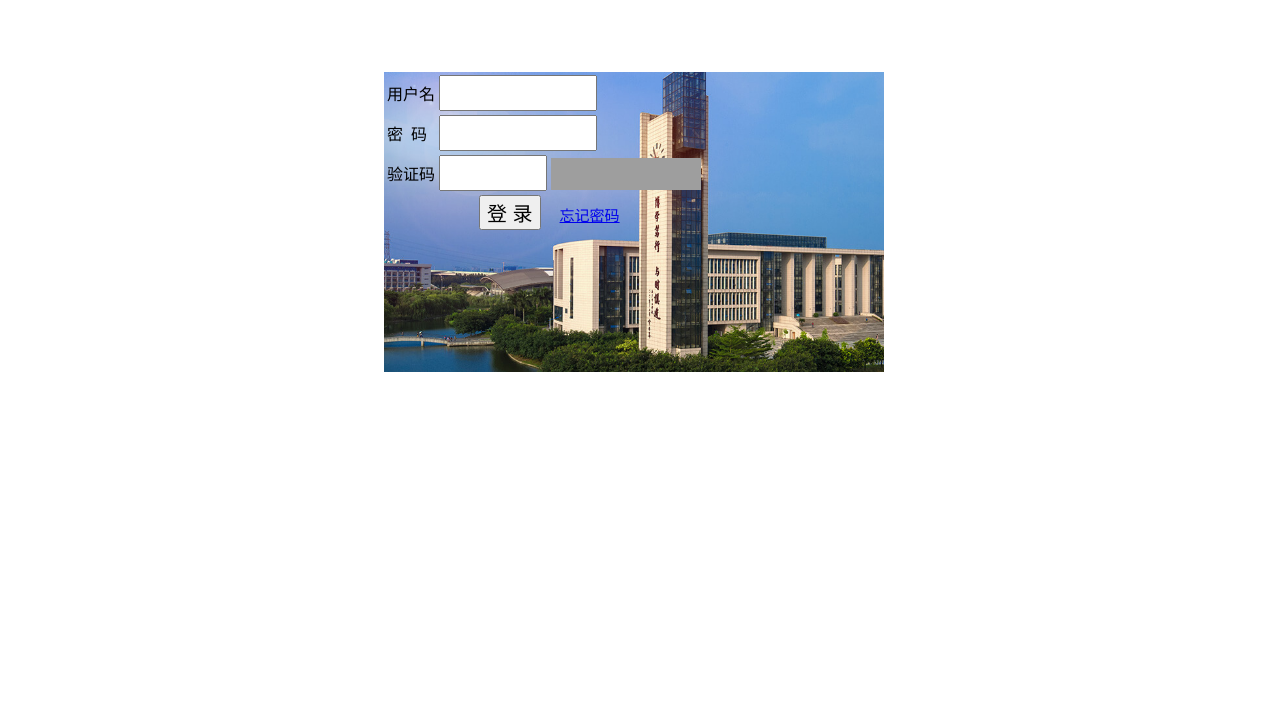
Repository: IAmJiangWenHao/ReportServer
Page: demo.html
An editor plug-in stored every save of this project. The page is shown before and after the next save, followed by the edit.
The browser window is 1280 px wide. The pictures show the whole page.
Pictures or frames that could not be fetched are drawn as grey boxes.

Above is the page before, as saved 2023-05-16 11:55:54.

After the next save:
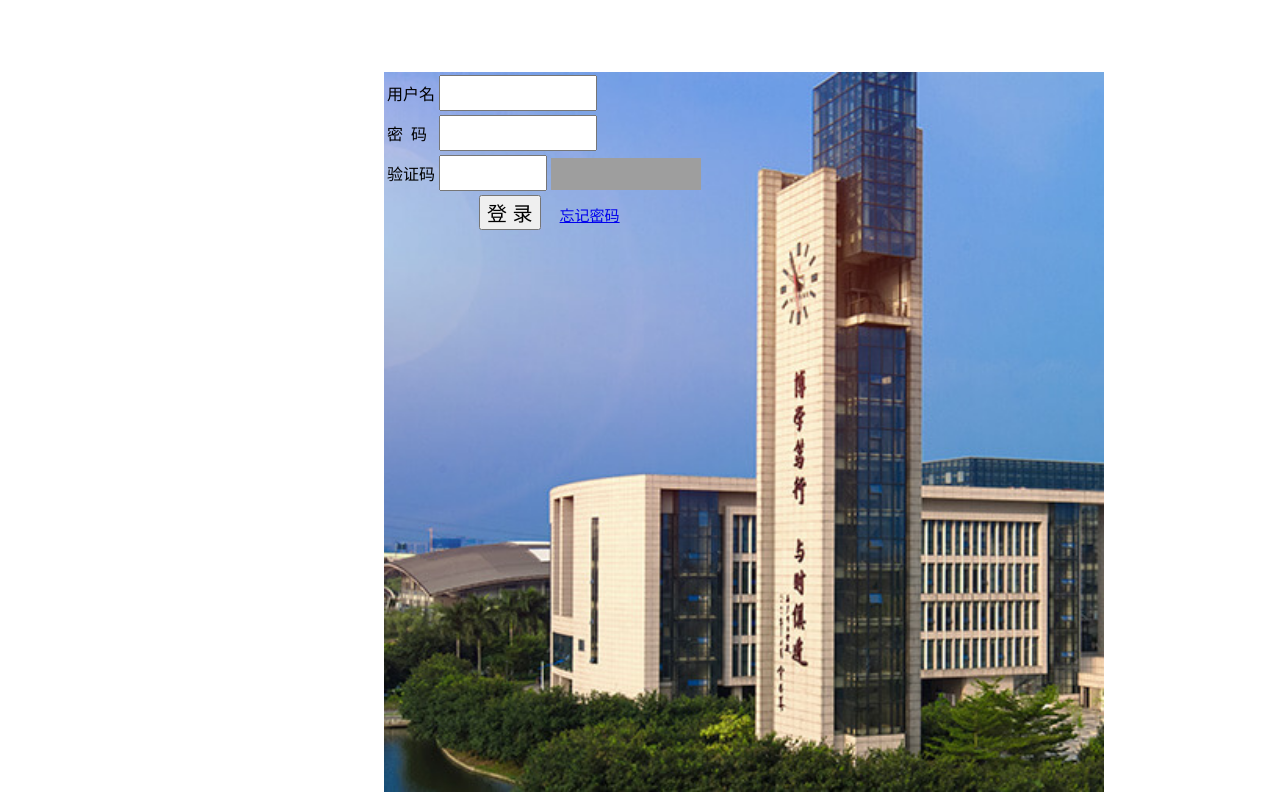
Saved 22 s later.
--- a/demo.html
+++ b/demo.html
@@ -7,8 +7,8 @@
   <body>
     <style>
       dfv{
-        width: 500px;
-        height:300px;
+        width: 100vh;
+        height:100vh;
         position: absolute;
         top: 10%;
         left: 30%;
